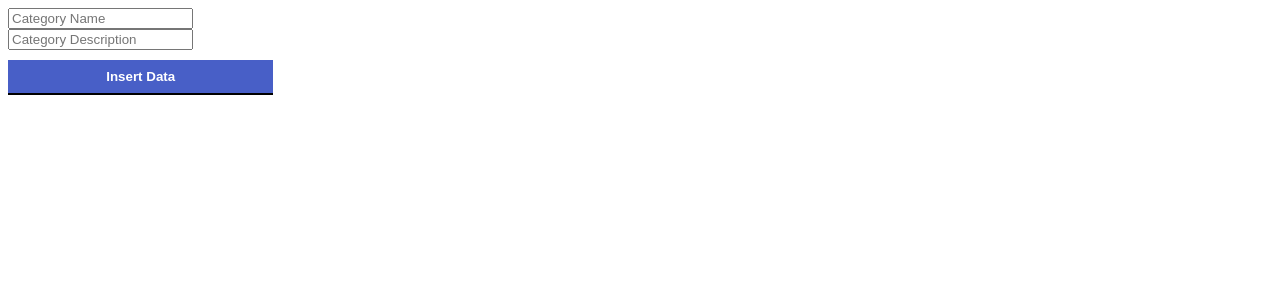
Repository: developerks611/loanweb
Page: http://localhost/loan-web/addcategory.jsp
An editor plug-in stored every save of this project. The page is shown before and after the next save, followed by the edit.
The browser window is 1280 px wide. The pictures show the whole page.
The page is served by Tomcat 9.

Above is the page before, as saved 2023-03-08 07:07:02.

After the next save:
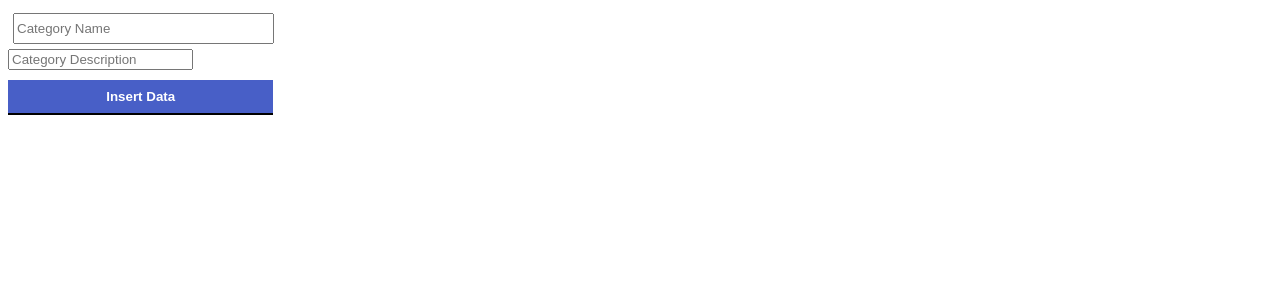
Saved 11 s later.
--- a/loan-web/src/main/webapp/addcategory.jsp
+++ b/loan-web/src/main/webapp/addcategory.jsp
@@ -36,7 +36,7 @@
 </head>
 <body>
 <form action="Insertcategory" method="post">
-<input type="text" placeholder="Category Name" name="cname"><br>
+<input type="text" placeholder="Category Name" name="cname" class="inputtxt"><br>
 <input type="text" placeholder="Category Description" name="cd"><br>
 <input type="hidden" name="action" value="inserdata">
 <button type="submit" class="button-login">Insert Data</button>
